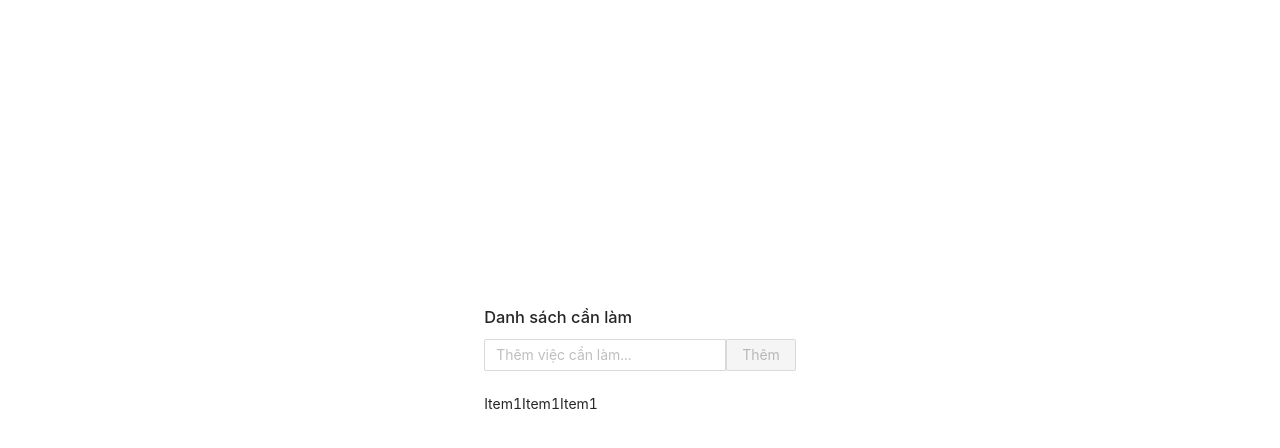
Repository: tiendungjr123/Todo-App
Page: /
These files come from the project's save history. The page is drawn as it stood at one moment and after a run of saves; the edit follows.
The browser window is 1280 px wide. The pictures show the whole page.
The project was rebuilt for these pictures with package versions that can differ from the ones it lists, and the page was loaded fresh each time.

Above is the page before, as saved 2022-09-22 10:29:45.

### src/index.js
import React from 'react';
import ReactDOM from 'react-dom/client';
import './index.css';
import App from './App';
import 'antd/dist/antd.css';
const root = ReactDOM.createRoot(document.getElementById('root'));
root.render(
  <React.StrictMode>
    <App />
  </React.StrictMode>
);

### src/index.css
body {
  margin: 0;
  font-family: -apple-system, BlinkMacSystemFont, 'Segoe UI', 'Roboto', 'Oxygen',
    'Ubuntu', 'Cantarell', 'Fira Sans', 'Droid Sans', 'Helvetica Neue',
    sans-serif;
  display: flex;
  justify-content: center;
  align-items: center;
  padding: 20px;
  font-size: 20px;
}

code {
  font-family: source-code-pro, Menlo, Monaco, Consolas, 'Courier New',
    monospace;
}

### src/App.js
import TodoList from "./component/TodoList";
import { Input, Button } from "antd";

function App() {
  return (
    <>
      <h3>Danh sách cần làm</h3>
      <Input.Group
        style={{
          display: "flex",
        }}
      >
        <Input placeholder="Thêm việc cần làm..." />
        <Button disabled='false' type="primary">Thêm</Button>
      </Input.Group>
      <br/>
      <TodoList />
    </>
  );
}

export default App;

### src/component/TodoList.jsx
import React from "react";
import Todo from "./Todo";

export default function TodoList() {
  return (
    <>
      <Todo/>
    </>
  );
}

### src/component/Todo.jsx
import React from 'react'
import {Button} from 'antd'
import styled from 'styled-components'

const buttonStyled = styled(Button)`
  margin-top:5px;
  text-align: left;
`
export default function Todo() {
  return (
    <div >
        <buttonStyled type="text">Item1</buttonStyled>
        <buttonStyled type="text">Item1</buttonStyled>
        <buttonStyled type="text">Item1</buttonStyled>
    </div>
  )
}

Loaded but not shown: public/index.html (common file)

After the next 2 saves:
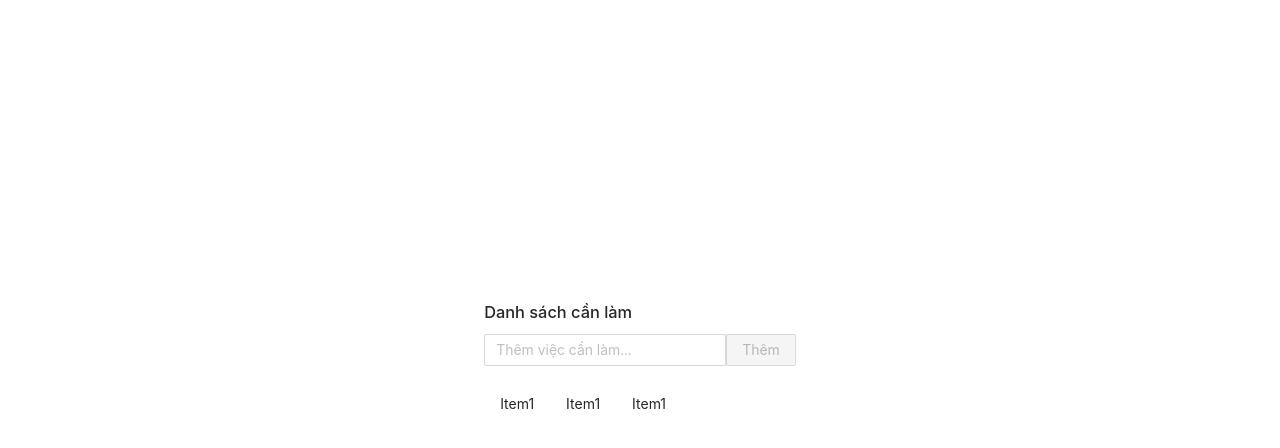
The 2 saves are shown as one change because 1 did not build or start.
The last was saved 76 s later.
--- a/src/component/Todo.jsx
+++ b/src/component/Todo.jsx
@@ -2,16 +2,13 @@ import React from 'react'
 import {Button} from 'antd'
 import styled from 'styled-components'
 
-const buttonStyled = styled(Button)`
-  margin-top:5px;
-  text-align: left;
-`
+
 export default function Todo() {
   return (
     <div >
-        <buttonStyled type="text">Item1</buttonStyled>
-        <buttonStyled type="text">Item1</buttonStyled>
-        <buttonStyled type="text">Item1</buttonStyled>
+        <Button type="text">Item1</Button>
+        <Button type="text">Item1</Button>
+        <Button type="text">Item1</Button>
     </div>
   )
 }
